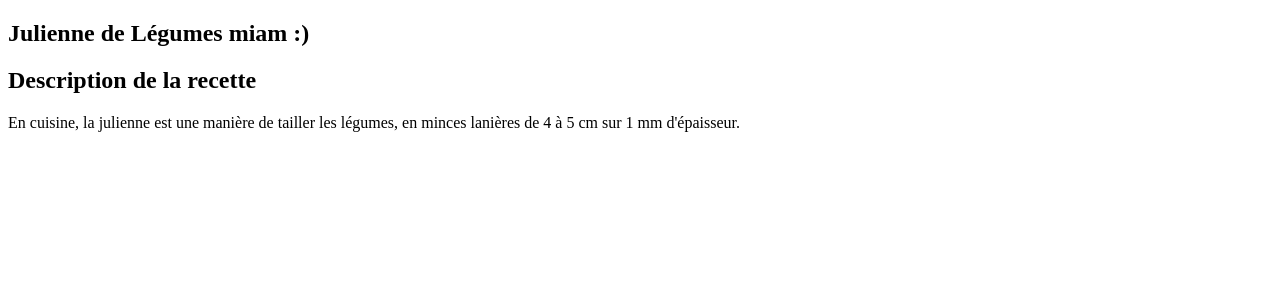
Repository: klevish/marmitonade.github.io
Page: julienne_de_legumes.html
These files come from the project's save history. The page is drawn as it stood at one moment and after the next save; the edit follows.
The browser window is 1280 px wide. The pictures show the whole page.

Above is the page before, as saved 2022-06-13 16:21:28.

### julienne_de_legumes.html
<!DOCTYPE html>
<html lang="en">

<head>
    <meta charset="UTF-8">
    <meta http-equiv="X-UA-Compatible" content="IE=edge">
    <meta name="viewport" content="width=device-width, initial-scale=1.0">
    <title>Document</title>
</head>

<body>
    <section>
        <h1>Julienne de Légumes miam :)</h1>
    </section>

    <section>
        <h2>Description de la recette</h2>
        <p>En cuisine, la julienne est une manière de tailler les légumes, en minces lanières de 4 à 5 cm sur 1 mm
            d'épaisseur.</p>
    </section>

    <section>
        <h2></h2>
    </section>
</body>

</html>

After the next save:
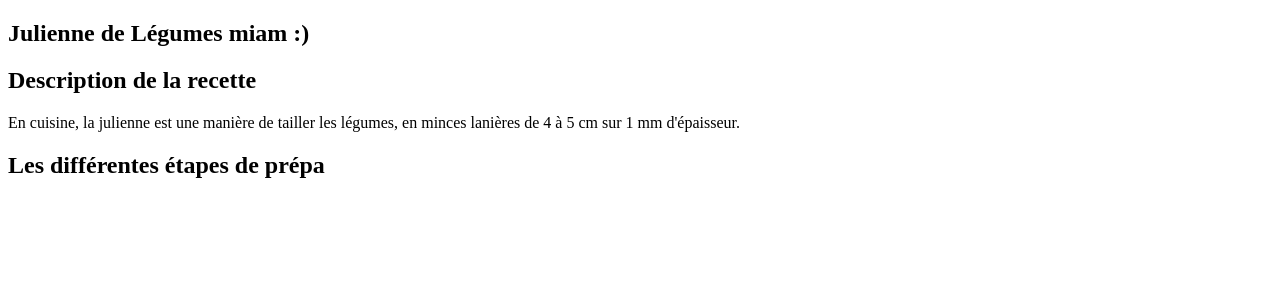
Saved 8 s later.
--- a/julienne_de_legumes.html
+++ b/julienne_de_legumes.html
@@ -20,7 +20,7 @@
     </section>
 
     <section>
-        <h2></h2>
+        <h2>Les différentes étapes de prépa</h2>
     </section>
 </body>
 
